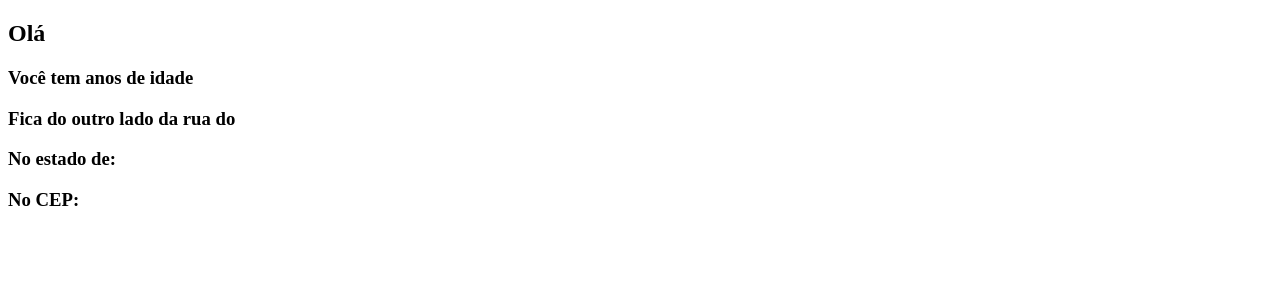
Repository: AugustoZx/cliente-servidor
Page: http://localhost/exemploAula5/lista.jsp
The author's editor kept a copy of each file at every save. The page is drawn from the files as they stood at one save, then again after the next save.
The browser window is 1280 px wide. The pictures show the whole page.
The page is served by Tomcat 9.

Above is the page before, as saved 2023-09-06 12:25:00.

After the next save:
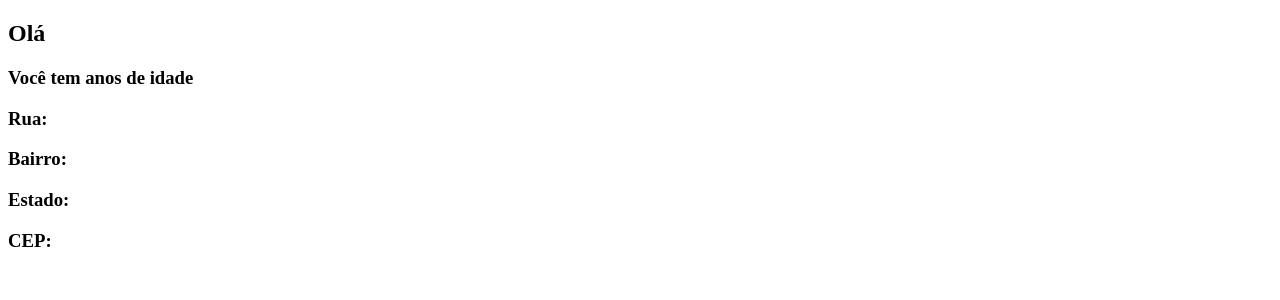
Saved 3 min 50 s later.
--- a/Cliente-servidor/Aula03/exemploAula5/src/main/webapp/lista.jsp
+++ b/Cliente-servidor/Aula03/exemploAula5/src/main/webapp/lista.jsp
@@ -9,8 +9,9 @@
 <body>
 	<h2>Olá ${param.nome}</h2>
 	<h3>Você tem ${param.idade} anos de idade</h3>
-	<h3>Fica do outro lado da rua do ${param.bairro}</h3>
-	<h3>No estado de: ${param.estado}</h3>
-	<h3>No CEP: ${param.cep}</h3>
+	<h3>Rua: ${param.rua}</h3>
+	<h3>Bairro: ${param.bairro}</h3>
+	<h3>Estado: ${param.estado}</h3>
+	<h3>CEP: ${param.cep}</h3>
 </body>
 </html>
